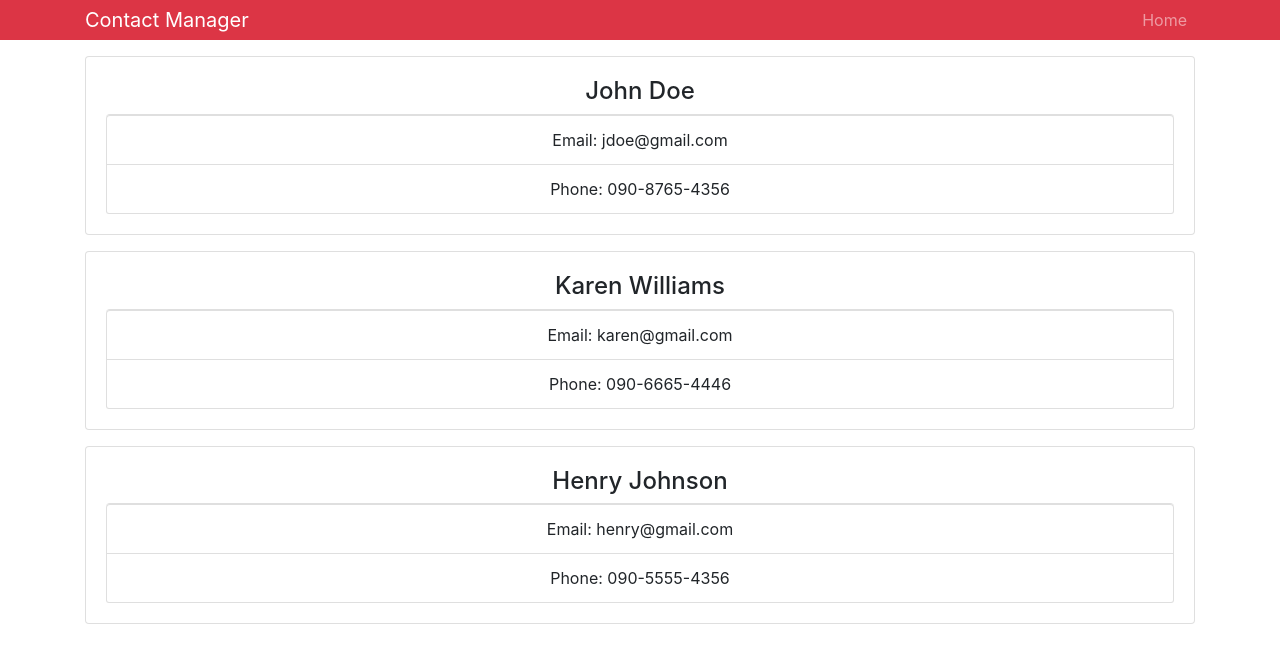
Repository: IkennaU/contactmanager
Page: /test
The author's editor kept a copy of each file at every save. The page is drawn from the files as they stood at one save, then again after the next save.
The browser window is 1280 px wide. The pictures show the whole page.
The project was rebuilt for these pictures with package versions that can differ from the ones it lists, and the page was loaded fresh each time.

Above is the page before, as saved 2020-07-20 15:45:42.

### public/index.html
<!DOCTYPE html>
<html lang="en">
  <head>
    <meta charset="utf-8" />
    <link rel="icon" href="%PUBLIC_URL%/favicon.ico" />
    <meta name="viewport" content="width=device-width, initial-scale=1" />
    <meta name="theme-color" content="#000000" />
    <meta
      name="description"
      content="Web site created using create-react-app"
    />
    <link rel="apple-touch-icon" href="%PUBLIC_URL%/logo192.png" />
    <!--
      manifest.json provides metadata used when your web app is installed on a
      user's mobile device or desktop. See https://developers.google.com/web/fundamentals/web-app-manifest/
    -->
    <link rel="manifest" href="%PUBLIC_URL%/manifest.json" />
    <!--
      Notice the use of %PUBLIC_URL% in the tags above.
      It will be replaced with the URL of the `public` folder during the build.
      Only files inside the `public` folder can be referenced from the HTML.

      Unlike "/favicon.ico" or "favicon.ico", "%PUBLIC_URL%/favicon.ico" will
      work correctly both with client-side routing and a non-root public URL.
      Learn how to configure a non-root public URL by running `npm run build`.
    -->
    <title>Contact Manager</title>
  </head>
  <body>
    <noscript>You need to enable JavaScript to run this app.</noscript>
    <div id="root"></div>
    <!--
      This HTML file is a template.
      If you open it directly in the browser, you will see an empty page.

      You can add webfonts, meta tags, or analytics to this file.
      The build step will place the bundled scripts into the <body> tag.

      To begin the development, run `npm start` or `yarn start`.
      To create a production bundle, use `npm run build` or `yarn build`.
    -->
  </body>
</html>

### src/App.js
import React from "react";
import Contact from "./components/Contact";
import Contacts from "./components/Contacts";
import Header from "./components/Header";
import "bootstrap/dist/css/bootstrap.min.css";

import "./App.css";

function App() {
  return (
    <div className="App">
      <Header branding="Contact Manager" />
      <div className="container">
        <Contacts />
      </div>
    </div>
  );
}

export default App;

### src/components/Contact.js
import React, { Component } from "react";
import PropTypes from "prop-types";

class Contact extends Component {
  static propTypes = {
    name: PropTypes.string.isRequired,
    email: PropTypes.string.isRequired,
    phone: PropTypes.string.isRequired,
  };

  render() {
    return (
      <div className="card card-body mb-3">
        <h4>{this.props.name}</h4>
        <ul className="list-group">
          <li className="list-group-item">Email: {this.props.email}</li>
          <li className="list-group-item">Phone: {this.props.phone}</li>
        </ul>
      </div>
    );
  }
}

export default Contact;

### src/components/Contacts.js
import React, { Component } from "react";
import PropTypes from "prop-types";
import Contact from "./Contact";

class Contacts extends Component {
  static propTypes = {};

  constructor() {
    super();
    this.state = {
      contacts: [
        {
          id: 1,
          name: "John Doe",
          email: "jdoe@gmail.com",
          phone: "090-8765-4356",
        },
        {
          id: 2,
          name: "Karen Williams",
          email: "karen@gmail.com",
          phone: "090-6665-4446",
        },
        {
          id: 3,
          name: "Henry Johnson",
          email: "henry@gmail.com",
          phone: "090-5555-4356",
        },
      ],
    };
  }

  render() {
    const { contacts } = this.state;
    return (
      <div>
        {contacts.map((contact) => (
          <Contact
            key={contact.id}
            name={contact.name}
            email={contact.email}
            phone={contact.phone}
          />
        ))}{" "}
      </div>
    );
  }
}

export default Contacts;

### src/components/Header.js
import React from "react";
import PropTypes from "prop-types";

function Header(props) {
  return (
    <nav className="navbar navbar-expand-sm navbar-dark bg-danger mb-3 py-0">
      <div className="container">
        <a href="/" className="navbar-brand">
          {props.branding}
        </a>
        <div>
          <ul className="navbar-nav mr-auto">
            <li className="nav-item">
              <a href="/" className="nav-link">
                Home
              </a>
            </li>
          </ul>
        </div>
      </div>
    </nav>
  );
}
Header.propTypes = { branding: PropTypes.string.isRequired };

export default Header;

Loaded but not shown: src/index.js (common file); src/serviceWorker.js (common file); src/App.css (common file)

After the next save:
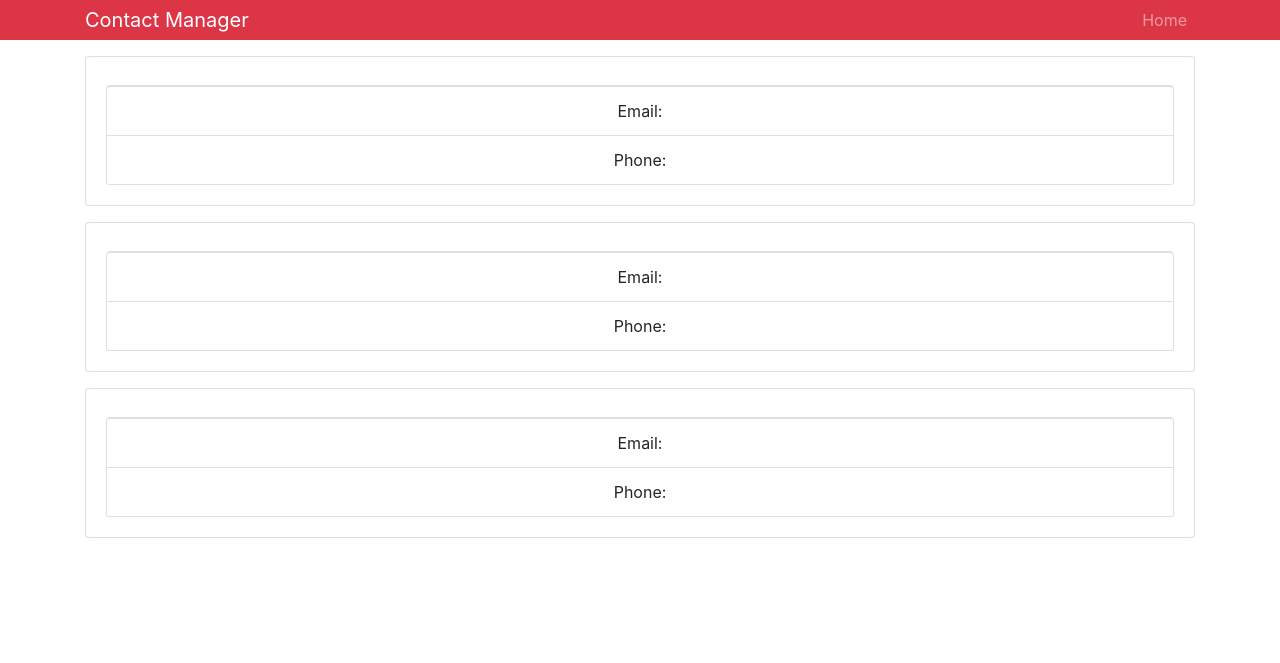
Saved 54 min 49 s later.
--- a/src/components/Contacts.js
+++ b/src/components/Contacts.js
@@ -36,12 +36,7 @@ class Contacts extends Component {
     return (
       <div>
         {contacts.map((contact) => (
-          <Contact
-            key={contact.id}
-            name={contact.name}
-            email={contact.email}
-            phone={contact.phone}
-          />
+          <Contact key={contact.id} contact={contact} />
         ))}{" "}
       </div>
     );
